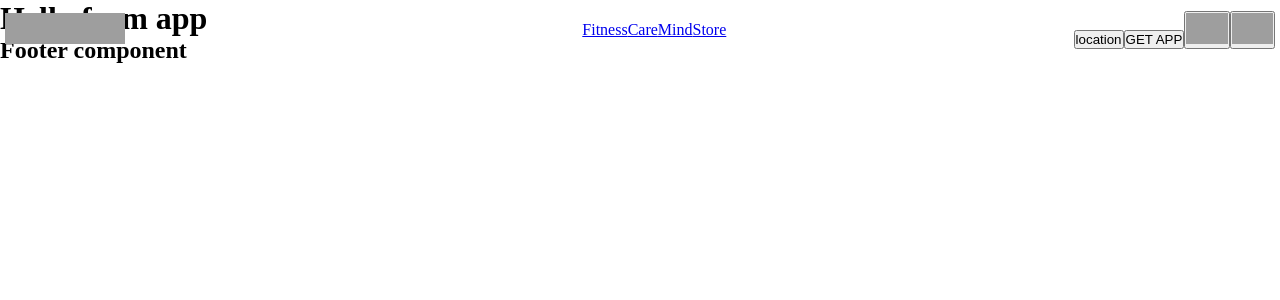
Repository: 1sanjeetsharma/cult-fit-clone
Page: /
These files come from the project's save history. The page is drawn as it stood at one moment and after the next save; the edit follows.
The browser window is 1280 px wide. The pictures show the whole page.
Pictures or frames that could not be fetched are drawn as grey boxes. The project was rebuilt for these pictures with package versions that can differ from the ones it lists, and the page was loaded fresh each time. Also part of the build but not shown: vite.config.js.

Above is the page before, as saved 2023-07-22 22:55:35.

### src/App.jsx
import LandingPage from "./components/landingPage/LandingPage";
function App() {
  return (
    <>
      <h1>Hello from app</h1>
      <LandingPage />
    </>
  );
}

export default App;

### src/components/landingPage/LandingPage.jsx
import Body from "../body/body";
// import Header from "../body/header/Header";
const LandingPage = () => {
	return (
		<>
			<Body></Body>
		</>
	);
};
export default LandingPage;

### src/components/body/body.jsx
import Header from "./header/Header";
import Footer from "./footer/Footer";
const Body = () => {
	console.log("hello from body");
	return (
		<>
			<Header />

			<Footer />
		</>
	);
};
export default Body;

### src/components/body/header/Header.jsx
import Navbar from "../Navbar/Navbar";
const Header = () => {
	return (
		<>
			<Navbar />
		</>
	);
};
export default Header;

### src/components/body/footer/Footer.jsx
const Footer = () => {
  return (
    <>
      <h2>Footer component</h2>
    </>
  );
};
export default Footer;

### src/components/body/Navbar/Navbar.jsx
import "./navbar.css";
const Navbar = () => {
	return (
		<>
			<div className="Nav-container">
				<nav>
					<a href="javascript:viod(0)">
						<img
							className="logo"
							height={"31px"}
							width={"120px"}
							src="https://cdn-images.cure.fit/www-curefit-com/image/upload/c_fill,w_120,q_auto:eco,dpr_2,f_auto,fl_progressive//image/test/brand-logo/vman-and-white-cult-text.png"
							alt="logo"
						/>
					</a>
					<div className="tabs">
						<a href="javascript:void(0)">Fitness</a>
						<a href="javascript:void(0)">Care</a>
						<a href="javascript:void(0)">Mind</a>
						<a href="javascript:void(0)">Store</a>
					</div>
					<div>
						<button className="location">location</button>
						<button className="get-app">GET APP</button>

						<button className="avatar">
							<img
								className="btn-img"
								src="https://cdn-images.cure.fit/www-curefit-com/image/upload/c_fill,w_26,q_auto:eco,dpr_2,f_auto,fl_progressive/image/test/header/Profile.png"
								alt="profile picture"
							/>
						</button>
						<button className="cart">
							<img
								className="btn-img"
								src="https://cdn-images.cure.fit/www-curefit-com/image/upload/c_fill,q_auto:eco,dpr_2,f_auto,fl_progressive//image/test/cart-dark-theme.svg"
								alt="cart"
							/>
						</button>
					</div>
				</nav>
			</div>
		</>
	);
};
export default Navbar;

### src/components/body/Navbar/navbar.css
* {
	margin: 0px;
	padding: 0px;
}
.Nav-container {
	position: fixed;
	/* display: flexbox; */
	top: 0px;
	/* height: 60px; */
	width: 100%;

	/* align-content: center; */
	/* text-align: center; */
	/* background-color: #00000077; */
	box-sizing: border-box;
	/* z-index: 2; */
}

.logo,
.btn-img {
	height: 31px;
}
nav {
	display: flex;
	height: 50px;
	padding: 5px;
	flex-flow: row wrap;
	align-items: center;
	justify-content: space-between;
    linear-gradient(to bottom, #171A26, rgba(23, 26, 38, 0.0001))
}
.tabs {
	display: flex;
	flex-direction: row;
	justify-content: spae-between;
	margin-left: 110px;
}

Loaded but not shown: index.html (common file); src/main.jsx (common file)

After the next save:
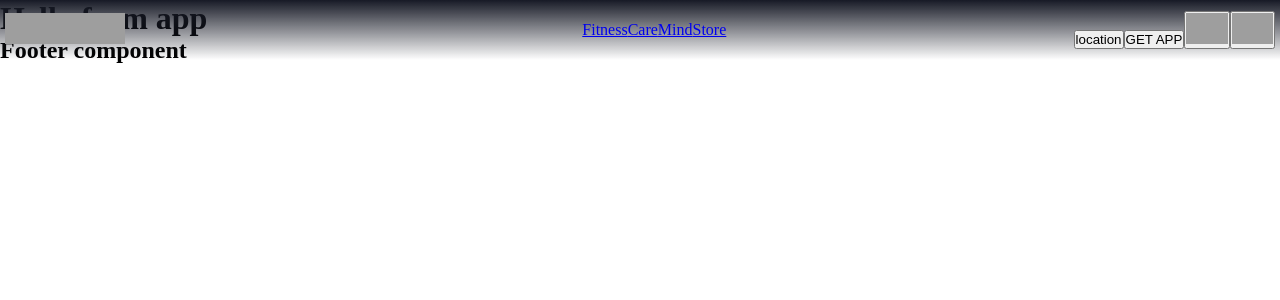
Saved 19 s later.
--- a/src/components/body/Navbar/navbar.css
+++ b/src/components/body/Navbar/navbar.css
@@ -27,7 +27,11 @@ nav {
 	flex-flow: row wrap;
 	align-items: center;
 	justify-content: space-between;
-    linear-gradient(to bottom, #171A26, rgba(23, 26, 38, 0.0001))
+	background-image: linear-gradient(
+		to bottom,
+		#171a26,
+		rgba(23, 26, 38, 0.0001)
+	);
 }
 .tabs {
 	display: flex;
